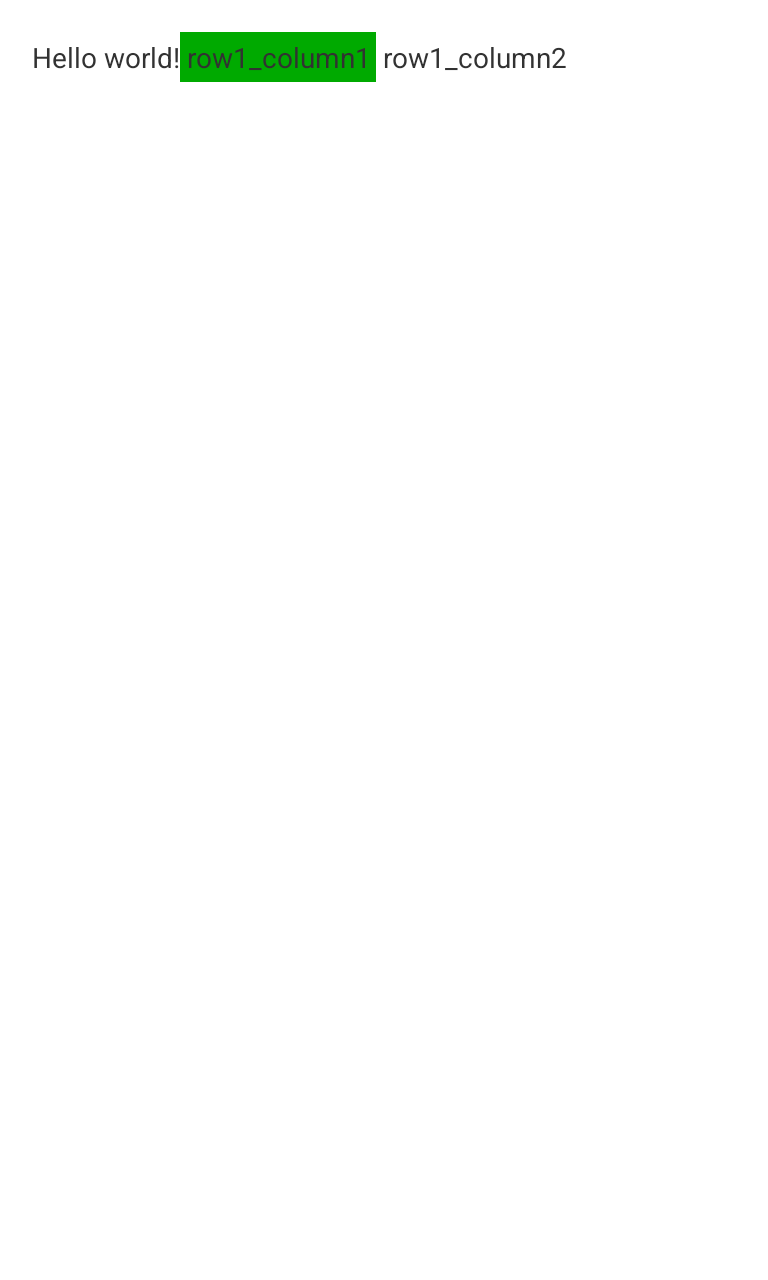
Repository: HouJun11220033/Android
Layout: Layout_02/res/layout/main.xml
An editor plug-in stored every save of this project. The layout is shown before and after the next save, followed by the edit.
It is drawn on a 768 x 1280 px phone screen (xhdpi) without system bars, with theme AppTheme; the app's code is not run.

Above is the layout before, as saved 2016-09-15 13:16:20.

### Layout_02/res/layout/main.xml
<TableLayout xmlns:android="http://schemas.android.com/apk/res/android"
    xmlns:tools="http://schemas.android.com/tools"
    android:layout_width="match_parent"
    android:layout_height="match_parent"
    android:paddingBottom="@dimen/activity_vertical_margin"
    android:paddingLeft="@dimen/activity_horizontal_margin"
    android:paddingRight="@dimen/activity_horizontal_margin"
    android:paddingTop="@dimen/activity_vertical_margin"
    tools:context="com.example.MainActivity" >

    <TableRow>

        <TextView
            android:layout_width="wrap_content"
            android:layout_height="wrap_content"
            android:text="@string/hello_world" />

        <TextView
            android:background="#00aa00"
            android:gravity="center_horizontal"
            android:padding="3dip"
            android:text="@string/row1_column1" />

        <TextView
            android:gravity="center_horizontal"
            android:padding="3dip"
            android:text="@string/row1_column2"
             />
    </TableRow>

    <TableRow>
    </TableRow>

</TableLayout>

### Layout_02/res/values/strings.xml
<?xml version="1.0" encoding="utf-8"?>
<resources>

    <string name="app_name">Layout_02</string>
    <string name="hello_world">Hello world!</string>
    <string name="action_settings">Settings</string>
    <string name="row1_column1">row1_column1</string>
    <string name="row1_column2">row1_column2</string>
    <string name="row2_column1">row2_column1</string>
    <string name="row2_column2">row2_column2</string>

</resources>

Loaded but not shown: Layout_02/res/values/styles.xml (common file); Layout_02/res/values-v11/styles.xml (common file); Layout_02/res/values-v14/styles.xml (common file); Layout_02/res/values/dimens.xml (common file); Layout_02/res/values-w820dp/dimens.xml (common file)

After the next save:
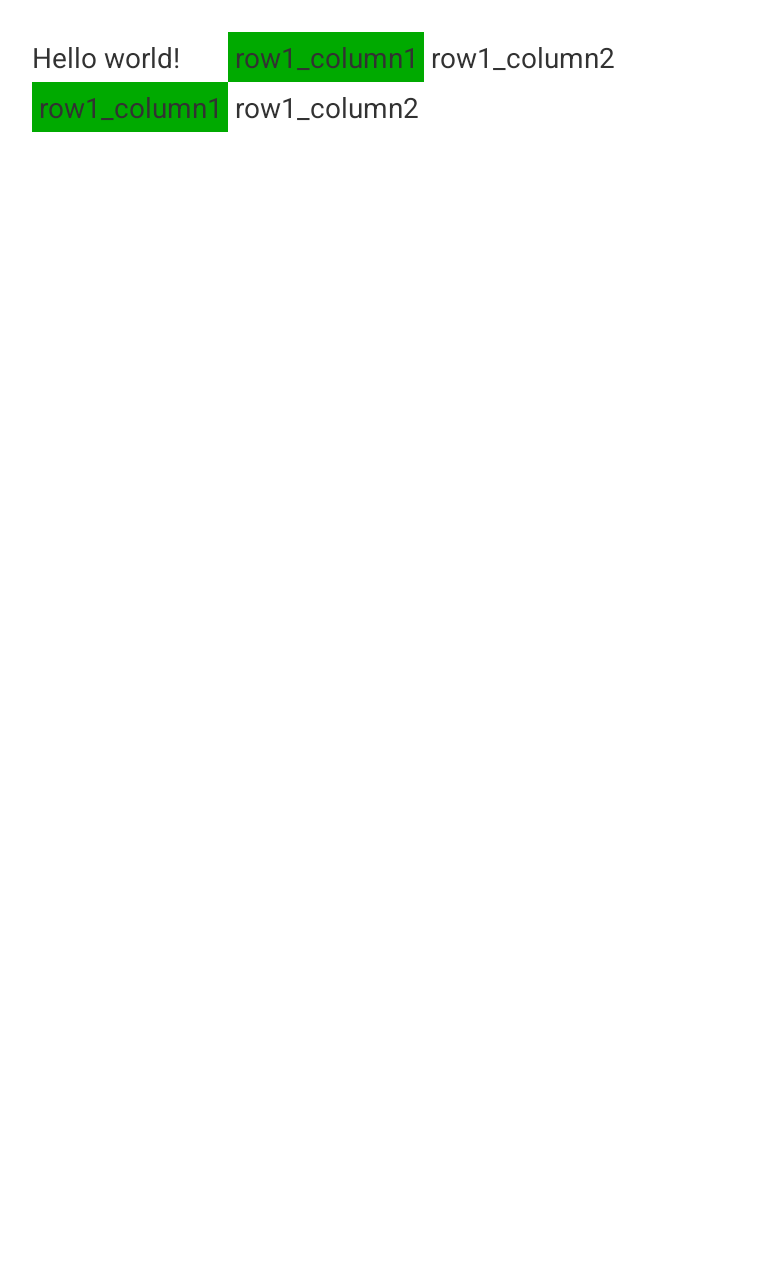
Saved 13 s later.
--- a/Layout_02/res/layout/main.xml
+++ b/Layout_02/res/layout/main.xml
@@ -24,11 +24,22 @@
         <TextView
             android:gravity="center_horizontal"
             android:padding="3dip"
-            android:text="@string/row1_column2"
-             />
+            android:text="@string/row1_column2" />
     </TableRow>
 
     <TableRow>
+
+        <TextView
+            android:background="#00aa00"
+            android:gravity="center_horizontal"
+            android:padding="3dip"
+            android:text="@string/row1_column1" />
+
+        <TextView
+            android:gravity="center_horizontal"
+            android:padding="3dip"
+            android:text="@string/row1_column2" >
+        </TextView>
     </TableRow>
 
 </TableLayout>
